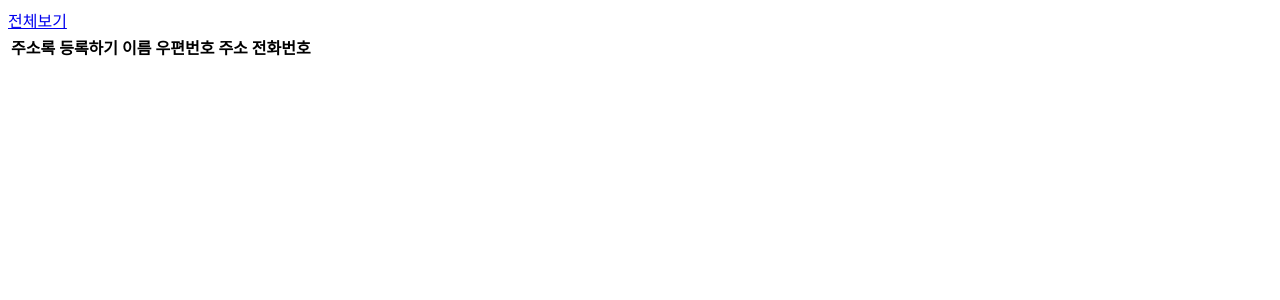
Repository: yubeens/JSP
Page: http://localhost/JSP_Project/jQueryAddress/insert.jsp
These files come from the project's save history. The page is drawn as it stood at one moment and after the next save; the edit follows.
The browser window is 1280 px wide. The pictures show the whole page.
The page is served by Tomcat 9. Other server files are loaded and not shown.

Above is the page before, as saved 2025-02-28 01:07:21.

### JSP_Project/src/main/webapp/jQueryAddress/insert.jsp
<%@ page language="java" contentType="text/html; charset=UTF-8"
    pageEncoding="UTF-8"%>
<!DOCTYPE html>
<html>
<head>
<meta charset="UTF-8">
<title>Insert title here</title>
</head>
<body>
<a href=#>전체보기</a>
<form>
	<table>
		<tr>
			<th>주소록 등록하기</th>
			<th>이름</th>
			<th>우편번호</th>
			<th>주소</th>
			<th>전화번호</th>
</table>
</form>
</body>
</html>

After the next save:
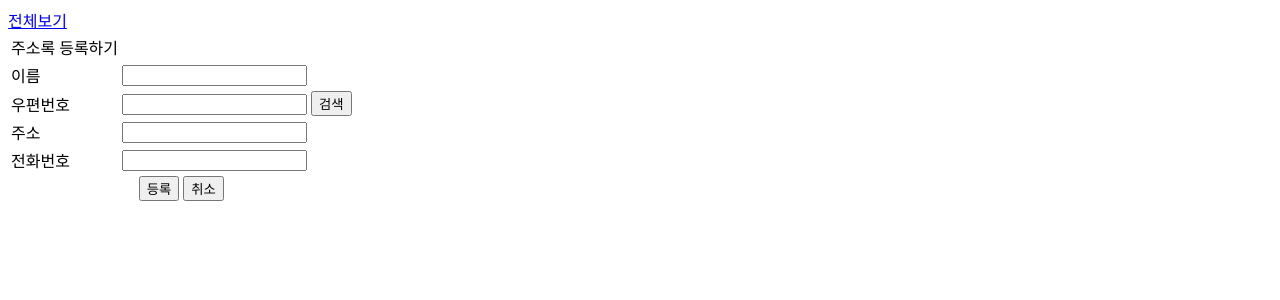
Saved 3 min 23 s later.
--- a/JSP_Project/src/main/webapp/jQueryAddress/insert.jsp
+++ b/JSP_Project/src/main/webapp/jQueryAddress/insert.jsp
@@ -8,15 +8,37 @@
 </head>
 <body>
 <a href=#>전체보기</a>
-<form>
-	<table>
-		<tr>
-			<th>주소록 등록하기</th>
-			<th>이름</th>
-			<th>우편번호</th>
-			<th>주소</th>
-			<th>전화번호</th>
-</table>
-</form>
+<form action="insert_process.jsp" method="post">
+        <table>
+        	<tr>
+        		<td>주소록 등록하기</td>
+            <tr>
+                <td>이름</td>
+                <td><input type="text" name="name"></td>
+            </tr>
+            <tr>
+                <td>우편번호</td>
+                <td>
+                    <input type="text" name="zipcode">
+                    <button type="button">검색</button>
+                </td>
+            </tr>
+            <tr>
+                <td>주소</td>
+                <td><input type="text" name="address"></td>
+            </tr>
+            <tr>
+                <td>전화번호</td>
+                <td><input type="text" name="phone"></td>
+            </tr>
+            <tr>
+                <td colspan="2" align="center">
+                    <button type="submit">등록</button>
+                    <button type="reset">취소</button>
+                </td>
+            </tr>
+        </table>
+    </form>
+
 </body>
 </html>
